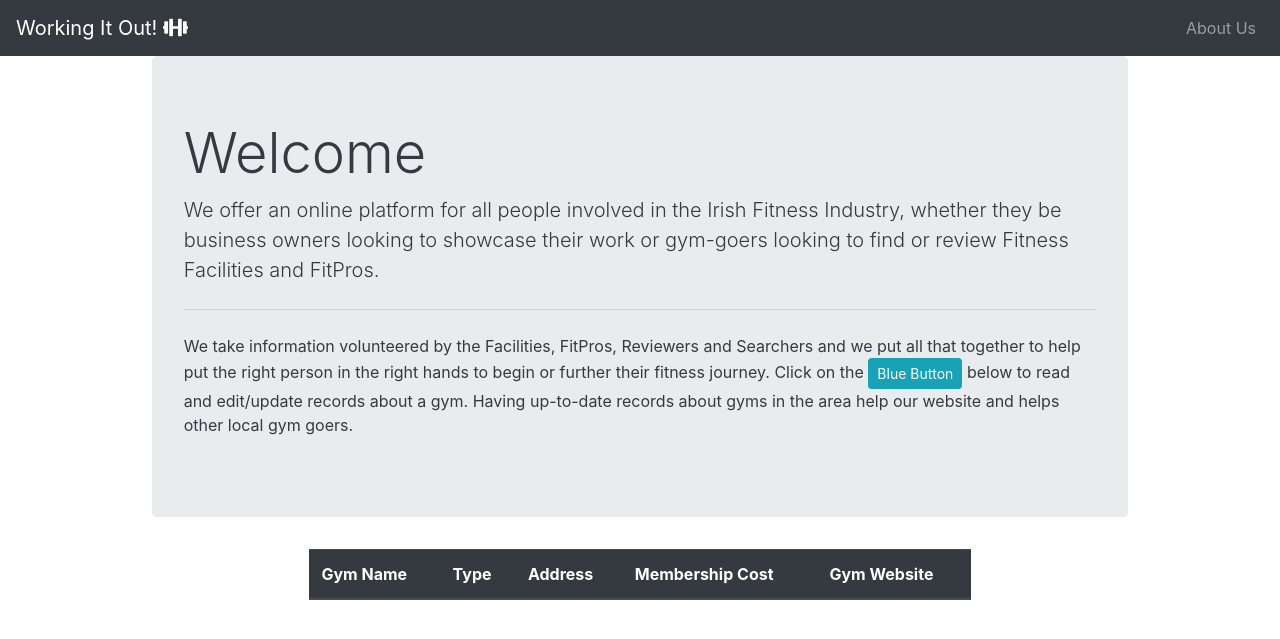
Repository: cgaynor91/Working_It_Out
Page: http://localhost/
The author's editor kept a record of every edit. The page is drawn from the files as they stood at one moment, then again after a run of edits.
The browser window is 1280 px wide. The pictures show the whole page.
Some web libraries are served in a nearby version. The page is served by the project's application, run on Flask 3 (app.py). Queries for data that is not in the repository find no rows.

Above is the page before.

### templates/home.html
{% extends 'base.html'%} {% block content %}

<div class="container-fluid">

 <div class="row-welcome justify-content-center">
  <div class="col-12 text-dark">
   <div class="jumbotron">
    <h1 class="display-4">Welcome</h1>
    <p class="lead">We offer an online platform for all people involved in the Irish Fitness Industry, whether they be business owners looking to showcase their work or gym-goers looking to find or review Fitness Facilities and FitPros.</p>
    <hr class="my-4">
    <p>We take information volunteered by the Facilities, FitPros, Reviewers and Searchers and we put all that together to help put the right person in the right hands to begin or further their fitness journey.
    Click on the <button type="button" class="btn btn-info btn-sm">Blue Button</button> below to read and edit/update records about a gym. Having up-to-date records about gyms in the area help our website and helps other local gym goers.</p>
   </div>
  </div>
 </div>



 <!-- Table of gym Data -->
 <div class="row justify-content-center">
  <div class="col-12 col-md-8 table-responsive table-data">
   <table class="table table-hover">
    <thead class="thead-dark">
     <tr>
      <th scope="col">Gym Name</th>
      <th scope="col">Type</th>
      <th scope="col">Address</th>
      <th scope="col">Membership Cost</th>
      <th scope="col">Gym Website</th>
     </tr>
    </thead>
    <tbody>

     {% for gym in gyms %}
     <tr>

      <td>{{gym.gym_name}}</td>
      <td>{{gym.gym_type}}</td>
      <td>{{gym.gym_address}}</td>
      <td>{{gym.cost}}</td>
      <td>{{gym.gym_url}}</td>
     </tr>
     {% endfor %}
    </tbody>
   </table>

  </div>
  {% endblock %}

### templates/base.html
<!DOCTYPE html>
<html>

<head>
    <link rel="stylesheet" href="https://stackpath.bootstrapcdn.com/bootstrap/4.4.1/css/bootstrap.min.css">
    <link rel="stylesheet" href="https://cdnjs.cloudflare.com/ajax/libs/font-awesome/5.12.0/css/all.min.css" />
</head>

<body>
    <header>
        <!-- Navbar taken from Bootstrap -->
        <nav class="navbar navbar-expand-md navbar-dark bg-dark home-logo-text">
            <a class="navbar-brand" href="{{url_for('get_gyms')}}">Working It Out! <i
                    class="fas fa-dumbbell"></i></a>
            <button class="navbar-toggler" type="button" data-toggle="collapse" data-target="#navbarNavAltMarkup" aria-controls="navbarNavAltMarkup" aria-expanded="false" aria-label="Toggle navigation">
                <span class="navbar-toggler-icon"></span>
            </button>
            <div class="collapse navbar-collapse" id="navbarNavAltMarkup">
                <div class="navbar-nav ml-auto">
                    <a class="nav-item nav-link" href="{{url_for('about')}}">About Us</a>

                </div>
            </div>
        </nav>
    </header>
        <!-- Container for background image -->
    <div class="container-fluid bg">
    </div>
    <!-- Container for injected templates -->
    <div class="container-fluid">
        <div class="row justify-content-center">
            <div class="col-12 col-md-10 template-col">

    {% block content %} {% endblock %}



    <script src="https://code.jquery.com/jquery-3.4.1.slim.min.js"></script>
    <script src="https://cdn.jsdelivr.net/npm/popper.js@1.16.0/dist/umd/popper.min.js"></script>
    <script src="https://stackpath.bootstrapcdn.com/bootstrap/4.4.1/js/bootstrap.min.js"></script>
</body>

</html>

### app.py
import os
from flask import Flask, render_template, redirect, request, url_for
from flask_pymongo import PyMongo
from bson.objectid import ObjectId

app = Flask(__name__)
app.config["MONGO_DBNAME"] = 'working_it_out'
app.config["MONGO_URI"] = os.getenv('MONGO_URI')

mongo = PyMongo(app)


@app.route('/')
@app.route('/get_gyms')
def get_gyms():
    return render_template("home.html", gyms=mongo.db.gyms.find())

@app.route("/about")
def about():
    return render_template("about.html")


@app.route("/add_new_gym")
def add_new_gym():
    return render_template("add_gym.html")

# Sends the data that the user inserts to the database

@app.route("/insert_gym", methods=['POST'])
def insert_gym():
    gym = mongo.db.gyms
    gym.insert_one(request.form.to_dict())
    return redirect(url_for('get_gyms'))


# Allows user to update information about a gym

@app.route("/edit_gym/<gym_id>")
def edit_gym(gym_id):
    the_gym = mongo.db.gyms.find_one({"_id": ObjectId(gym_id)})
    return render_template("update_gym.html", gym=the_gym)

@app.route("/update_gym/<gym_id>", methods=["POST"])
def update_gym(gym_id):
    gym = mongo.db.gyms
    gym.update({'_id': ObjectId(gym_id)}, {
        'gym_name' : request.form.get('gym_name'),
        'status' : request.form.get('gym_type'),
        'address' : request.form.get('gym_address'),
        'cost' : request.form.get('cost'),
        'gym_url' : request.form.get('gym_url')
    })
    return redirect(url_for('get_gyms'))

# Delete option for a user if they wish to delete a review they wrote or delete a review written by someone else that may be incorrect

@app.route("/delete_gym/<gym_id>")
def delete_gym(gym_id):
    mongo.db.gyms.remove({'_id': ObjectId(gym_id)})
    return redirect(url_for('get_gyms'))

@app.route("/leave_review")
def gym_review():
    return render_template("gym_review.html", gyms=mongo.db.gyms.find())

# Sends the data that the user inserts to the database

@app.route("/gym_review", methods=['POST'])
def insert_review():
    review = mongo.db.reviews
    review.insert_one(request.form.to_dict())
    return redirect(url_for('gym_review'))


@app.route("/read_review")
def read_review():
    return render_template("read_reviews.html", reviews=mongo.db.reviews.find())

if __name__ == '__main__':
    app.run(host=os.environ.get('IP'),
            port=int(os.environ.get('PORT')),
            debug=True)

After the next 3 edits:
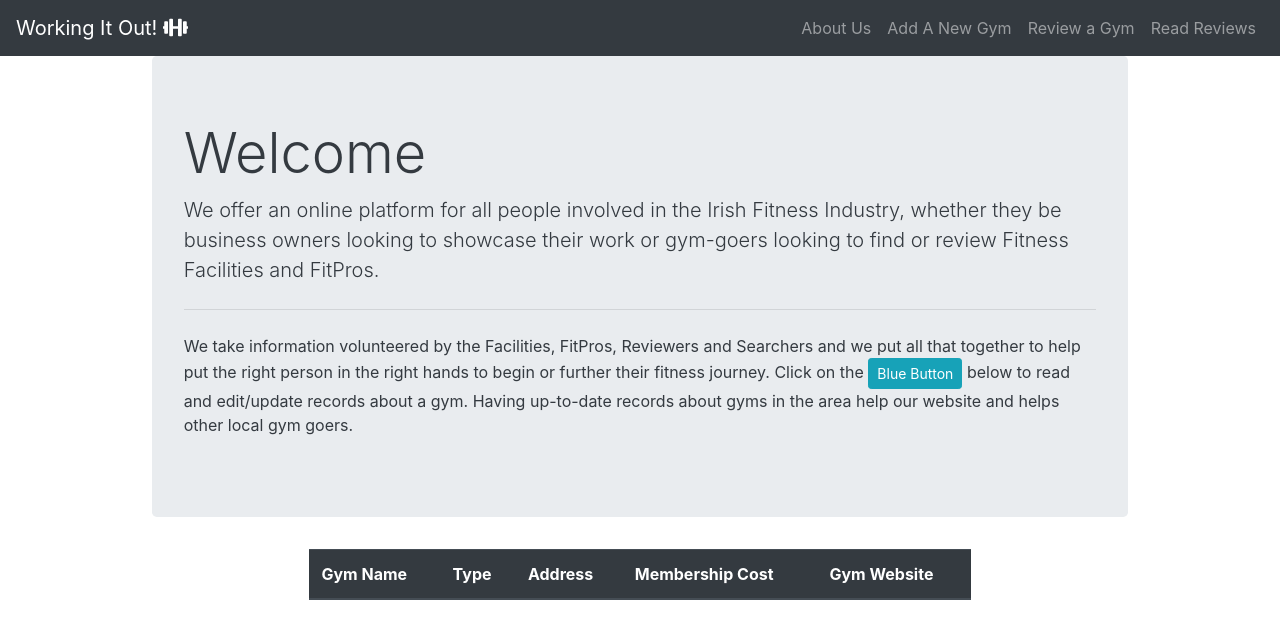
The 3 edits are shown as one change because 2 did not build or start.
The edit:
--- a/templates/base.html
+++ b/templates/base.html
@@ -18,9 +18,14 @@
             <div class="collapse navbar-collapse" id="navbarNavAltMarkup">
                 <div class="navbar-nav ml-auto">
                     <a class="nav-item nav-link" href="{{url_for('about')}}">About Us</a>
+                    <a class="nav-item nav-link" href="{{url_for('add_new_gym')}}">Add A New Gym</a>
+                    <a class="nav-item nav-link" href="{{url_for('gym_review')}}">Review a Gym</a>
+                     <a class="nav-item nav-link" href="{{url_for('read_review')}}">Read Reviews</a>
+
 
                 </div>
             </div>
+
         </nav>
     </header>
         <!-- Container for background image -->
